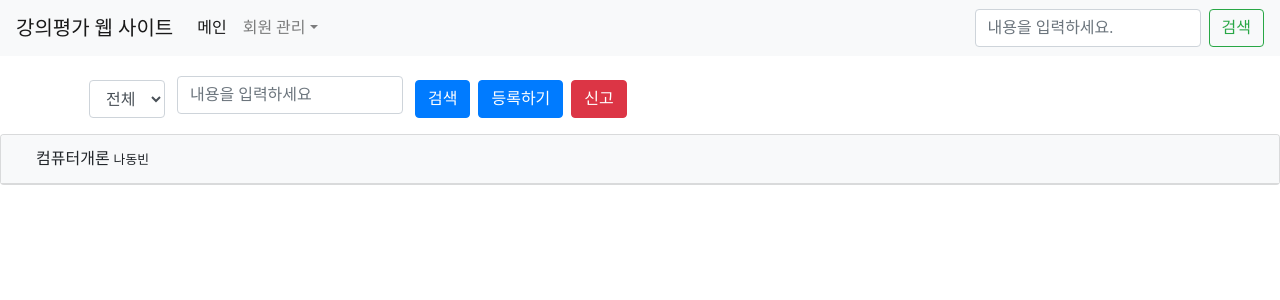
Repository: codelifee/Lecture-Evaluation-Project---java
Page: http://localhost/Lecture_Evaluation/userJoin.jsp
The author's editor kept a copy of each file at every save. The page is drawn from the files as they stood at one save, then again after the next save.
The browser window is 1280 px wide. The pictures show the whole page.
Some web fonts or font styles are not loaded; a fallback is used. The page is served by Tomcat 9. Other server files are loaded and not shown.

Above is the page before, as saved 2020-08-23 02:27:55.

### Lecture Evaluation/WebContent/userJoin.jsp
<%@ page language="java" contentType="text/html; charset=UTF-8"
    pageEncoding="UTF-8"%>
<!DOCTYPE html>
<html>
<head>
	<meta http-equiv="Content-type" content="text/html" charset="UTF-8">
	<meta name="viewport" content="width=device-width, initial-scale=1, shrink-to-fit=no">
	<title>강의평가 웹 사이트</title>
	<!--부트스트랩 CSS 추가하기-->
	<link rel="stylesheet" href="./css/bootstrap.min.css">
	<!--custom CSS 추가하기-->
	<link rel="stylesheet" href="./css/custom.css">
</head>
<body>
	<nav class="navbar navbar-expand-lg navbar-light bg-light">
		<a class="navbar-brand" href="index.jsp">강의평가 웹 사이트</a>
		<button class="navbar-toggler" type="button" data-toggle="collapse" data-target="#navbar">
			<span class="navbar-toggler-icon"></span>
		</button>
		<div id="navbar" class="collapse navbar-collapse">
			<ul class="navbar-nav mr-auto">
				<li class="nav-item active">
					<a class="nav-link" href="index.jsp">메인</a>
				</li>
				<li class="nav-item dropdown" id="dropdown" data-toggle="dropdown">
					<a class="nav-link dropdown-toggle" id="dropdown" data-toggle="dropdown">회원 관리</a>
					<div class="dropdown-menu" aria-labelledby="dropdown">
						<a class="dropdown-item" href="#">로그인</a>
						<a class="dropdown-item" href="#">회원가입</a>
						<a class="dropdown-item" href="#">로그아웃</a>
					</div>
				</li>
			</ul>
		</div>
			<form class="form-inline my-2 my-lg-0">
				<input class="form-control mr-sm-2" type="search" placeholder="내용을 입력하세요." aria-label="search">
				<button class="btn btn-outline-success my-2 my-sm-0" type="submit">검색</button>
			</form>
	</nav>
	<section class="container">
	 <form method="get" action="./index.jsp" class="form-inline mt-3">
	  <select name="lectureDivide" class="form-control mx-1 mt-2">
	  	<option value="전체">전체</option>
	  	<option value="전공">전공</option>
	  	<option value="교양">교양</option>
	  	<option value="기타">기타</option>
	  </select>
	  <input type="text" name="search" class="form-control mx-1 mx-2" placeholder="내용을 입력하세요">
	  <button type="submit" class="btn btn-primary mx-1 mt-2">검색</button>
	  <a class="btn btn-primary mx-1 mt-2" data-toggle="modal" href="#registerModal">등록하기</a>
	  <a class="btn btn-primary mx-1 mt-2 btn-danger" data-toggle="modal" href="#reportModal">신고</a>
	 </form>
	</section>
	<div class="card bg-light mt-3">
		<div class="card-header bg-light">
			<div class="row"></div>
			<div class="col-8 text-left">컴퓨터개론&nbsp;<small>나동빈</small></div>
		</div>
	</div>

	<div class="modal fade" id="registerModal" tabindex="-1" role="dialog" aria-labelledby="modal">
	 	<div class="modal-dialog">
	 		<div class="modal-content">
	 			<div class="modal-header">
	 				<h5 class="modal-title" id="modal">평가 등록</h5>
	 				<button type="button" class="close" data-dismiss="modal" aria-label="Close">
	 					<span aria-hidden="true">&times;</span>
	 				</button>
	 			</div>
	 			<div class="modal-body">
	 				<form action="./evaluationRegisterAction.jsp method="post">
	 					<div class="form-row">
	 						<div class="form-group col-sm-6">
	 							<label>강의명</label>
	 							<input type="text" name="lectureName" class="form-control" maxlength="20">
	 						</div>
	 						<div class="form-group col-sm-6">
	 							<label>교수명</label>
	 							<input type="text" name="professorName" class="form-control" maxlength="20">
	 						</div>
	 					</div>
	 					<div class="form-row">
	 						<div class="form-group col-sm-4">
	 							<label>수강 연도</label>
	 							<select name="lectureYear" class="form-control">
	 								<option value="2011">2011</option>
	 								<option value="2012">2012</option>
	 								<option value="2013">2013</option>
	 								<option value="2014">2014</option>
	 								<option value="2015">2015</option>
	 								<option value="2016">2016</option>
	 								<option value="2017">2017</option>
	 								<option value="2018" selected>2018</option>
	 								<option value="2019">2019</option>
	 								<option value="2020">2020</option>
	 								<option value="2021">2021</option>
	 								<option value="2022">2022</option>
	 								<option value="2023">2023</option>
	 							</select>
	 						</div>
 							<div class="form-group col-sm-4">
 								<label>수강 학기</label>
 								<select name="semesterDivide" class="form-control">
 									<option value="1학기" selected>1학기</option>
 									<option value="여름학기">여름학기</option>
 									<option value="2학기">2학기</option>
 									<option value="겨울학기">겨울학기</option>
 								</select>
 							</div>
 							<div class="form-group col-sm-4">
 								<label>강의 구분</label>
 								<select name="lectureDivde" class="form-control">
 									<option value="전공" selected>전공</option>
 									<option value="교양">교양</option>
 									<option value="기타">기타</option>
 								</select>
 							</div>
 						</div>
	 						<div class="form-group">
	 							<label>제목</label>
	 							<input type="text" name="evaluationTime" class="form-control" maxlength="30">
	 							<label>내용</label>
	 							<textarea name="evaluationContent" class="form-control" maxlength="2048" style="height: 180px;"></textarea>
	 						</div>
	 					<div class="form-row">
	 						<div class="form-group col-sm-3">
	 							<label>종합</label>
	 							<select name="totalScore" class="form-control">
	 								<option value="A" selected>A</option>
	 								<option value="B">B</option>
	 								<option value="C">C</option>
	 								<option value="D">D</option>
	 								<option value="F">F</option>
	 							</select>
	 						</div>
	 						<div class="form-group col-sm-3">
	 							<label>성적</label>
	 							<select name="totalScore" class="form-control">
	 								<option value="A" selected>A</option>
	 								<option value="B">B</option>
	 								<option value="C">C</option>
	 								<option value="D">D</option>
	 								<option value="F">F</option>
	 							</select>
	 						</div>
	 						<div class="form-group col-sm-3">
	 							<label>널널</label>
	 							<select name="comfortableScore" class="form-control">
	 								<option value="A" selected>A</option>
	 								<option value="B">B</option>
	 								<option value="C">C</option>
	 								<option value="D">D</option>
	 								<option value="F">F</option>
	 							</select>
	 						</div>
	 						<div class="form-group col-sm-3">
	 							<label>강의</label>
	 							<select name="comfortableScore" class="form-control">
	 								<option value="A" selected>A</option>
	 								<option value="B">B</option>
	 								<option value="C">C</option>
	 								<option value="D">D</option>
	 								<option value="F">F</option>
	 							</select>
	 						</div>
	 					</div>
	 					<div class="modal-footer">
	 						<button type="button" class="btn btn-secondary" data-dismiss="modal">취소</button>
	 						<button type="submit" class="btn btn-primary">등록하기</button>
	 					</div>
	 				</form>
	 			</div>
	 		</div>
	 	</div>
	</div>
	<div class="modal fade" id="reportModal" tabindex="-1" role="dialog" aria-labelledby="modal">
	 	<div class="modal-dialog">
	 		<div class="modal-content">
	 			<div class="modal-header">
	 				<h5 class="modal-title" id="modal">신고하기</h5>
	 				<button type="button" class="close" data-dismiss="modal" aria-label="Close">
	 					<span aria-hidden="true">&times;</span>
	 				</button>
	 			</div>
	 			<div class="modal-body">
	 				<form action="./reportAction.jsp" method="post">
 						<div class="form-group">
 							<label>신고 제목</label>
 							<input type="text" name="reportTitle" class="form-control" maxlength="30">
 							<label>신고 내용</label>
 							<textarea name="reportContent" class="form-control" maxlength="2048" style="height: 180px;"></textarea>
 						</div>
	 					<div class="modal-footer">
	 						<button type="button" class="btn btn-secondary" data-dismiss="modal">취소</button>
	 						<button type="submit" class="btn btn-danger">신고하기</button>
	 					</div>
	 				</form>
	 			</div>
	 		</div>
	 	</div>
	</div>
	<!-- 제이쿼리 자바스크립트 추가하기 -->
	<script src="./js/jquery.min.js"></script>
	<!-- jqeury 자바스크립트 추가하기 -->
	<script src="./js/bootstrap.min.js"></script>
	<!-- popper 자바스크립트 추가하기 -->
	<script src="./js/popper.js"></script>
</body>
</html>

### Lecture Evaluation/WebContent/css/custom.css
@import url(https://fonts.googleapis.com/earlyaccess/jejugothic.css);
@import url(https://fonts.googleapis.com/earlyaccess/hanna.css);
.navbar-brand, h1, h2, h3, h4 {
	font-family: 'jeju Gothic';
}
h5 {
	font-family: 'jeju Gothic';
	font-size: 18px;
}
body {
	font-family: 'Hanna';
}

Loaded but not shown: Lecture Evaluation/WebContent/css/bootstrap.min.css (library); Lecture Evaluation/WebContent/js/jquery.min.js (library); Lecture Evaluation/WebContent/js/bootstrap.min.js (library); Lecture Evaluation/WebContent/js/popper.js (library)

After the next save:
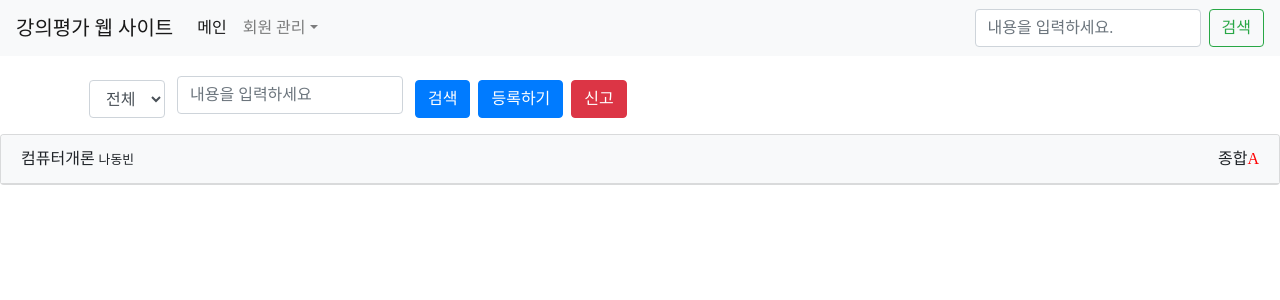
Saved 93 s later.
--- a/Lecture Evaluation/WebContent/userJoin.jsp
+++ b/Lecture Evaluation/WebContent/userJoin.jsp
@@ -53,8 +53,12 @@
 	</section>
 	<div class="card bg-light mt-3">
 		<div class="card-header bg-light">
-			<div class="row"></div>
-			<div class="col-8 text-left">컴퓨터개론&nbsp;<small>나동빈</small></div>
+			<div class="row">
+				<div class="col-8 text-left">컴퓨터개론&nbsp;<small>나동빈</small></div>
+				<div class="col-4 text-right">
+					종합<span style="color: red;">A</span>
+				</div>
+			</div>
 		</div>
 	</div>
 
